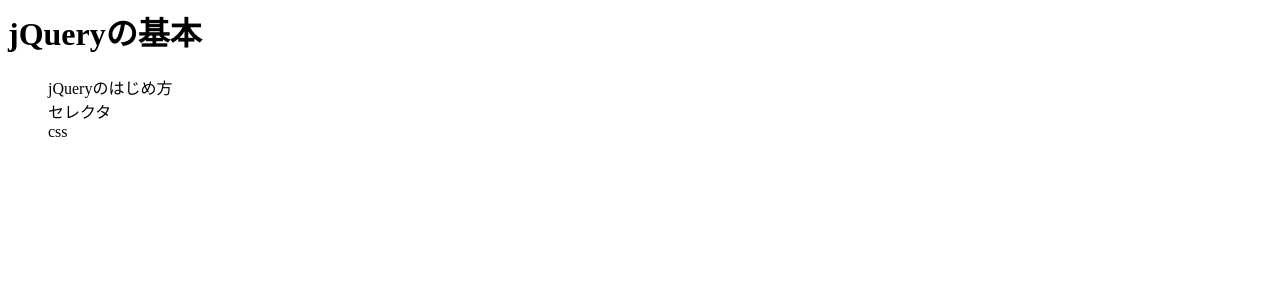
Repository: Maiko-Kuroda/mynews
Page: js_practice/assignment/jQuery02/js_test02.html
The author's editor kept a record of every edit. The page is drawn from the files as they stood at one moment, then again after the next edit.
The browser window is 1280 px wide. The pictures show the whole page.

Above is the page before.
Console error: SyntaxError: Unexpected token '}'

After the next edit:
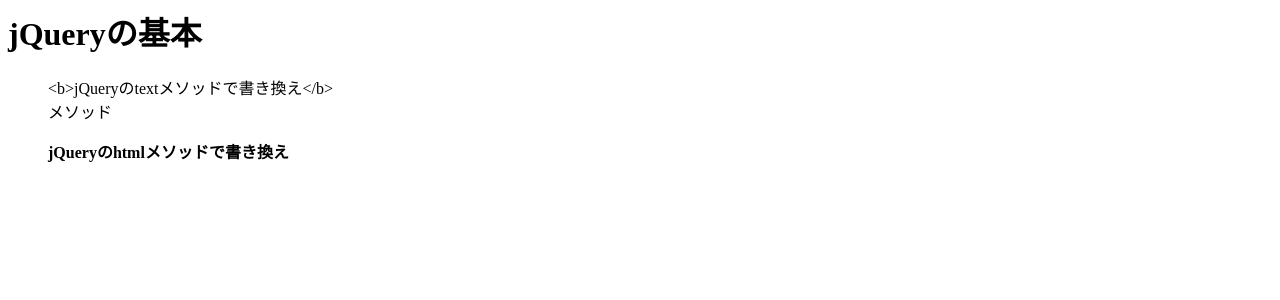
The error is gone.
The edit:
--- a/js_practice/assignment/jQuery02/test02.js
+++ b/js_practice/assignment/jQuery02/test02.js
@@ -5,8 +5,7 @@
       $('h2').remove();
       $('#index1').text('<b>jQueryのtextメソッドで書き換え</b>');
       $('#index2').html('<b>jQueryのhtmlメソッドで書き換え</b>');
-
-    });$('index1').append('<li>メソッド</li>');
+  　　$('#index1').append('<li>メソッド</li>');
   });
 })(jQuery, window);
 
